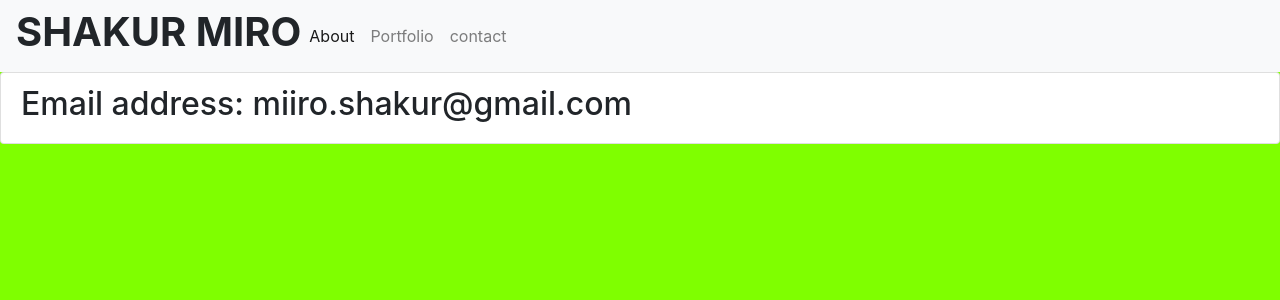
Repository: smiro35/myPortfolio
Page: contact.html
These files come from the project's save history. The page is drawn as it stood at one moment and after the next save; the edit follows.
The browser window is 1280 px wide. The pictures show the whole page.

Above is the page before, as saved 2020-01-31 06:07:10.

### contact.html
<!DOCTYPE html>
<html lang="en">

<head>
    <meta charset="UTF-8">
    <meta name="viewport" content="width=device-width, initial-scale=1.0">
    <meta http-equiv="X-UA-Compatible" content="ie=edge">
    <link rel="stylesheet" href="https://stackpath.bootstrapcdn.com/bootstrap/4.3.1/css/bootstrap.min.css" integrity="sha384-ggOyR0iXCbMQv3Xipma34MD+dH/1fQ784/j6cY/iJTQUOhcWr7x9JvoRxT2MZw1T" crossorigin="anonymous">
    <link rel="stylesheet" type="text/css" href="assets/style.css">
    <title>Document</title>
</head>

<body style="background-color: chartreuse;">


    <div class="fluid-container">

        <nav>
            <nav class="navbar navbar-expand-lg navbar-light bg-light">
                <a class="me">
                    <h1 style="font-weight: bolder;">SHAKUR MIRO</h1>
                </a>
                <!-- <button class="navbar-toggler" type="button" data-toggle="collapse" data-target="#navbarNavDropdown" aria-controls="navbarNavDropdown" aria-expanded="false" aria-label="Toggle navigation">
                                              <span class="navbar-toggler-icon"></span>
                                            </button> -->
                <div class="collapse navbar-collapse" id="navbarNavDropdown">
                    <ul class="navbar-nav">
                        <li class="nav-item active">
                            <a class="nav-link" href="index.html"> About <span class="sr-only">(current)</span></a>
                        </li>
                        <li class="nav-item">
                            <a class="nav-link" href="portfolio.html">Portfolio</a>
                        </li>
                        <li class="nav-item">
                            <a class="nav-link" href="contact.html">contact</a>

                    </ul>
                </div>
            </nav>
        </nav>


        <ul class="list-group">
            <li class="list-group-item">
                <h2>Email address: miiro.shakur@gmail.com </h2>
            </li>


        </ul>


    </div>


</body>

</html>

### assets/style.css
.jumbotron {
    background: transparent;
}

After the next save:
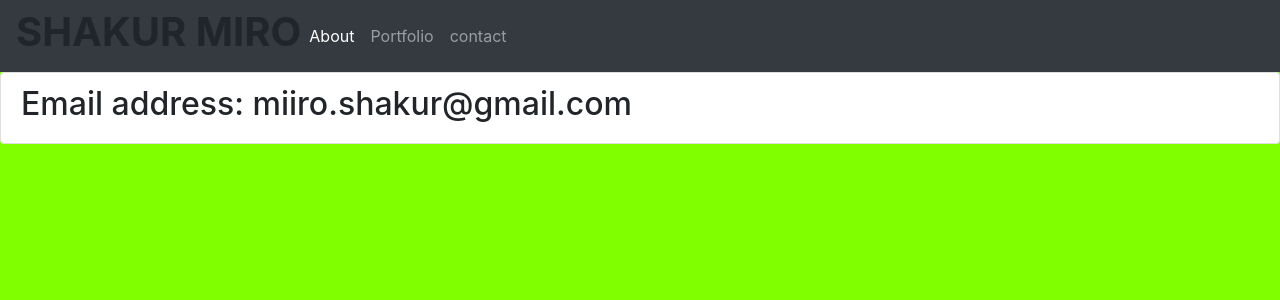
Saved 2 min 44 s later.
--- a/contact.html
+++ b/contact.html
@@ -16,7 +16,7 @@
     <div class="fluid-container">
 
         <nav>
-            <nav class="navbar navbar-expand-lg navbar-light bg-light">
+            <nav class="navbar navbar-expand-lg navbar-dark bg-dark">
                 <a class="me">
                     <h1 style="font-weight: bolder;">SHAKUR MIRO</h1>
                 </a>
